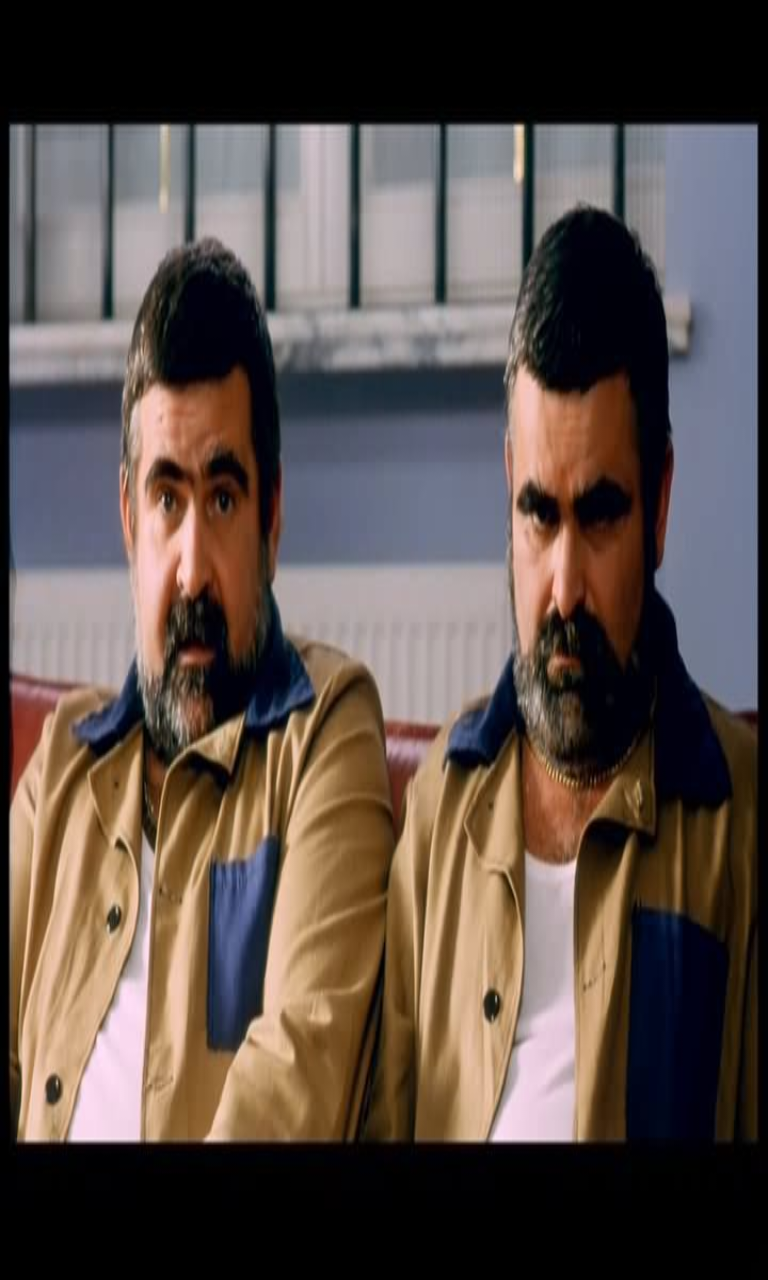
Repository: mateusz-ant/hellsbells
Layout: BellTester/res/layout/third_activity.xml
These files come from the project's save history. The layout is drawn as it stood at one moment and after the next save; the edit follows.
It is drawn on a 768 x 1280 px phone screen (xhdpi) without system bars, with theme AppTheme; the app's code is not run.

Above is the layout before, as saved 2014-10-24 22:33:37.

After the next save:
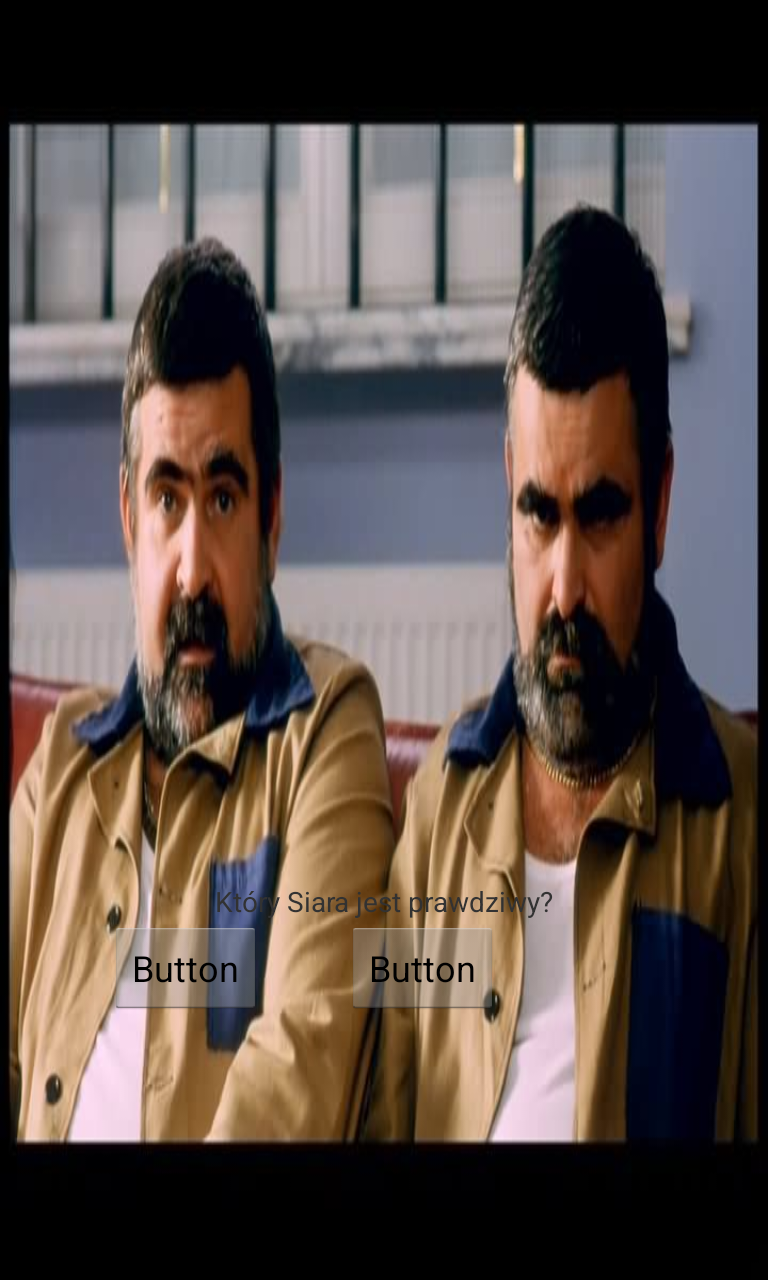
Saved 67 s later.
--- a/BellTester/res/layout/third_activity.xml
+++ b/BellTester/res/layout/third_activity.xml
@@ -9,6 +9,32 @@
     android:background="@drawable/realsiara"
     tools:context="com.ex.belltester.ThirdActivity" >
 
+    <Button
+        android:id="@+id/button1"
+        android:layout_width="wrap_content"
+        android:layout_height="wrap_content"
+        android:layout_alignParentBottom="true"
+        android:layout_alignParentLeft="true"
+        android:layout_marginBottom="116dp"
+        android:layout_marginLeft="38dp"
+        android:text="Button" />
 
+    <Button
+        android:id="@+id/button2"
+        android:layout_width="wrap_content"
+        android:layout_height="wrap_content"
+        android:layout_alignBaseline="@+id/button1"
+        android:layout_alignBottom="@+id/button1"
+        android:layout_marginLeft="41dp"
+        android:layout_toRightOf="@+id/button1"
+        android:text="Button" />
+
+    <TextView
+        android:id="@+id/textView1"
+        android:layout_width="wrap_content"
+        android:layout_height="wrap_content"
+        android:layout_above="@+id/button1"
+        android:layout_centerHorizontal="true"
+        android:text="Który Siara jest prawdziwy?" />
 
 </RelativeLayout>
